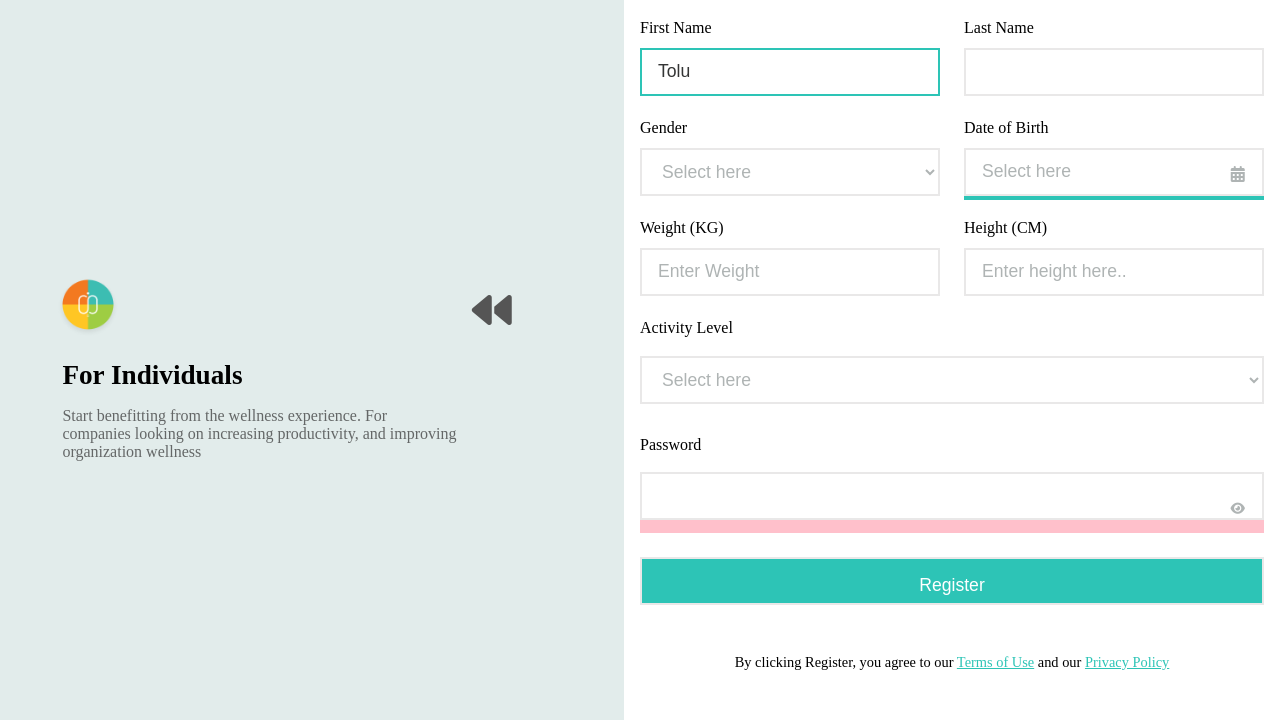
Repository: dark-txch/ass-1-6
Page: src/pages/individuals4.html
An editor plug-in stored every save of this project. The page is shown before and after the next save, followed by the edit.
The browser window is 1280 px wide. The pictures show the whole page.
Some web libraries are served in a nearby version.

Above is the page before, as saved 2024-11-29 16:26:30.

After the next save:
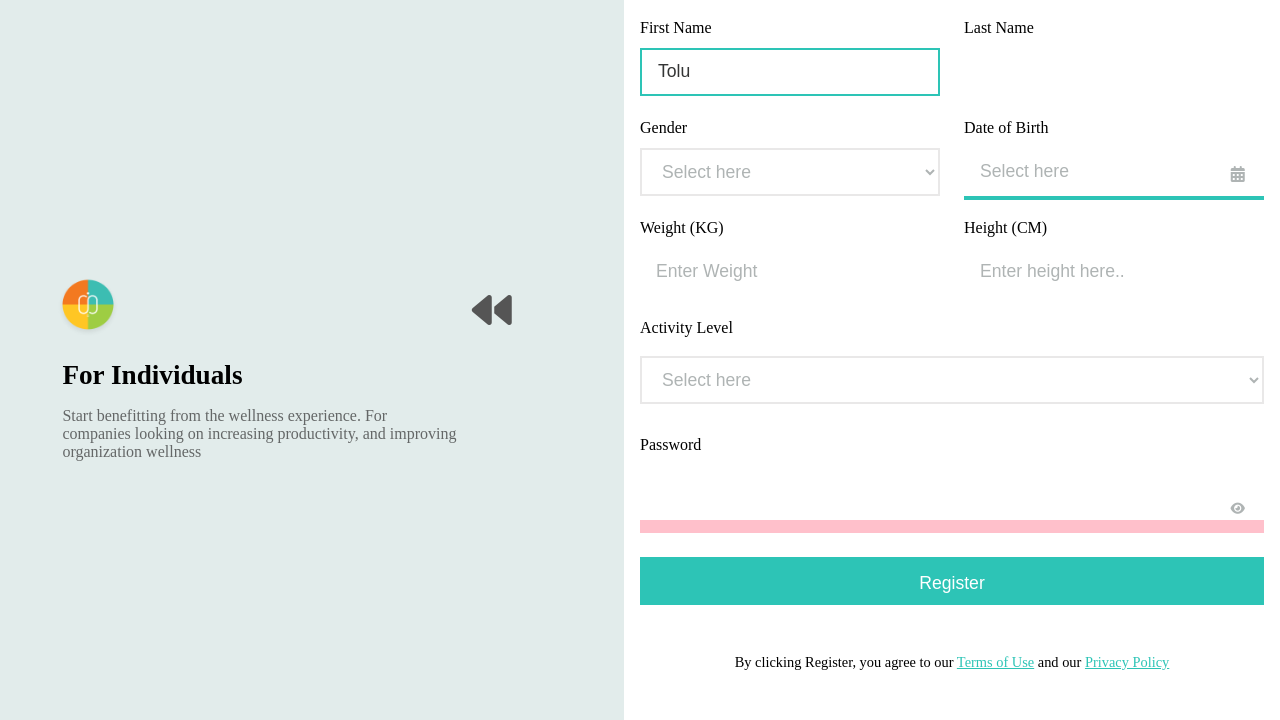
Saved 13 min 41 s later.
--- a/src/styles/individuals/individuals.css
+++ b/src/styles/individuals/individuals.css
@@ -175,7 +175,7 @@
 				height: 3rem;
 				font-size: 1.1rem;
 				padding-left: 1rem;
-				border: 2px solid rgb(233, 232, 232);
+				/* border: 2px solid rgb(233, 232, 232); */
 				/*  */
 				&::placeholder {
 					font-size: 1.1rem;
